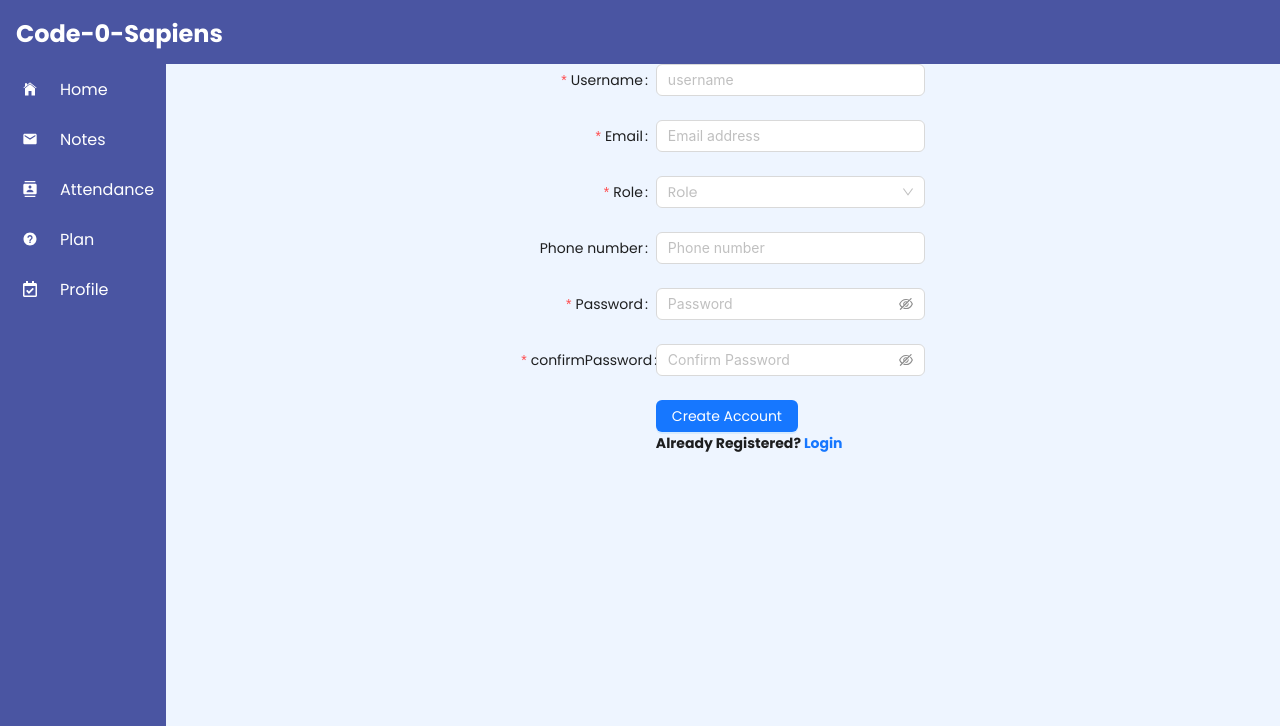
Repository: sinchana-P/code-0-sapiens
Page: /register (app in client/)
An editor plug-in stored every save of this project. The page is shown before and after the next save, followed by the edit.
The browser window is 1280 px wide. The pictures show the whole page.
The project was rebuilt for these pictures with package versions that can differ from the ones it lists, and the page was loaded fresh each time. Also part of the build but not shown: client/src/components/auth/login/FormLayoutLogin.jsx, client/src/components/auth/login/Login.css, client/src/components/auth/login/Login.jsx, client/src/components/homeScene/Home.jsx, client/src/components/notes/Notes.jsx, client/src/components/plans/Plans.jsx, client/src/components/attendance/Attendance.css, client/src/components/attendance/Attendance.jsx and 1 more.

Above is the page before, as saved 2024-03-01 01:51:36.

After the next save:
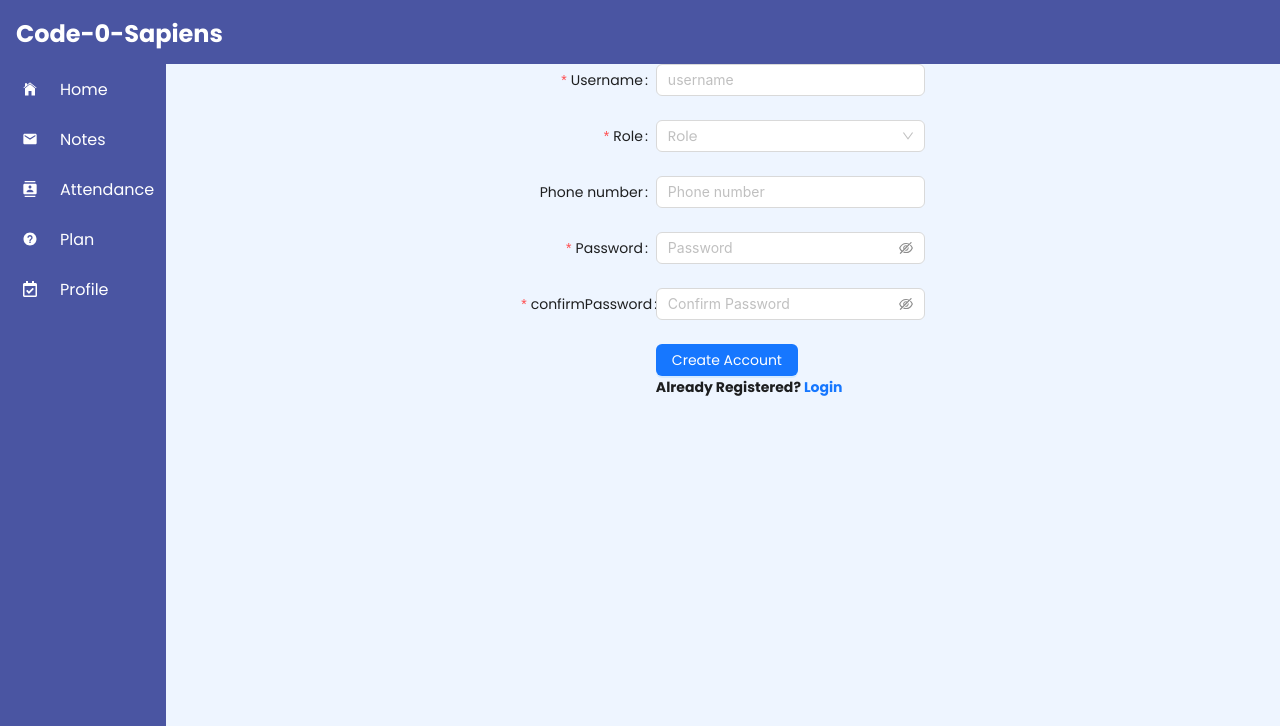
Saved 17 s later.
--- a/client/src/components/auth/register/FormLayoutRegister.jsx
+++ b/client/src/components/auth/register/FormLayoutRegister.jsx
@@ -58,14 +58,6 @@ const FormLayoutRegister = () => {
     </Form.Item>
 
     <Form.Item
-      label="Email"
-      name="email"
-      rules={[{ required: true, message: "Please input your lastname!" }]}
-    >
-      <Input placeholder="Email address" />
-    </Form.Item>
-
-    <Form.Item
       label="Role"
       name="Role"
       rules={[
